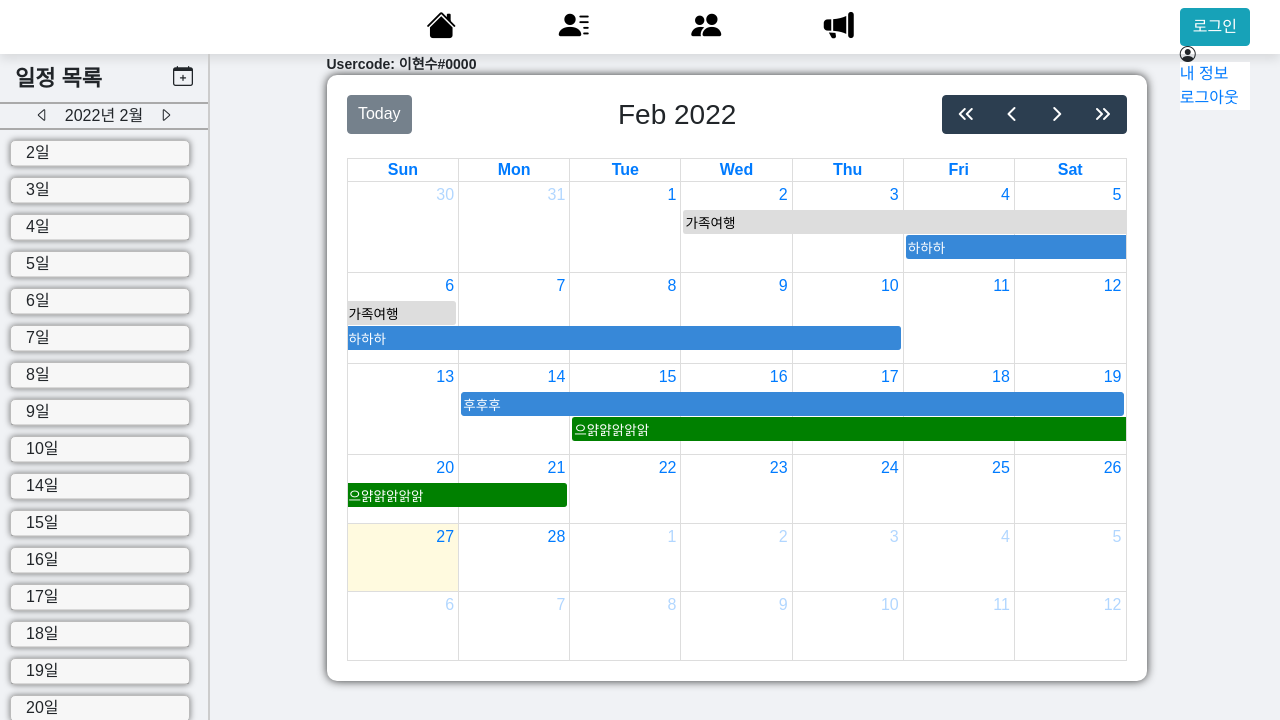
Repository: Hyeon330/Full_stack-code
Page: http://localhost/miniProject/
These files come from the project's save history. The page is drawn as it stood at one moment and after the next save; the edit follows.
The browser window is 1280 px wide. The pictures show the whole page.
Some web fonts or font styles are not loaded; a fallback is used. The page is served by Tomcat 9.

Above is the page before, as saved 2022-03-21 00:33:09.

After the next save:
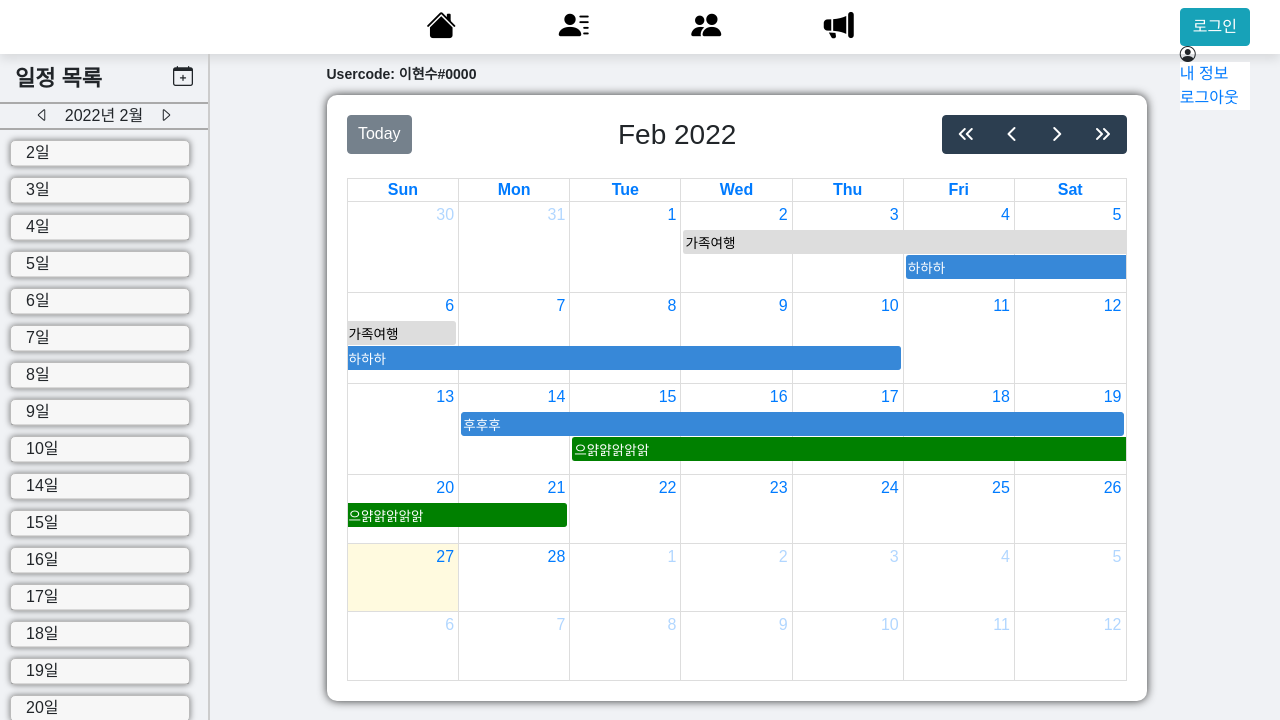
Saved 19 s later.
--- a/주요과제/Spring/miniProject/src/main/webapp/WEB-INF/views/home.jsp
+++ b/주요과제/Spring/miniProject/src/main/webapp/WEB-INF/views/home.jsp
@@ -79,6 +79,7 @@
 /* mainContents.css */
 #usercode {
   position: relative;
+  margin: 10px 0;
   font-size: 14px;
   font-weight: bold;
 }
